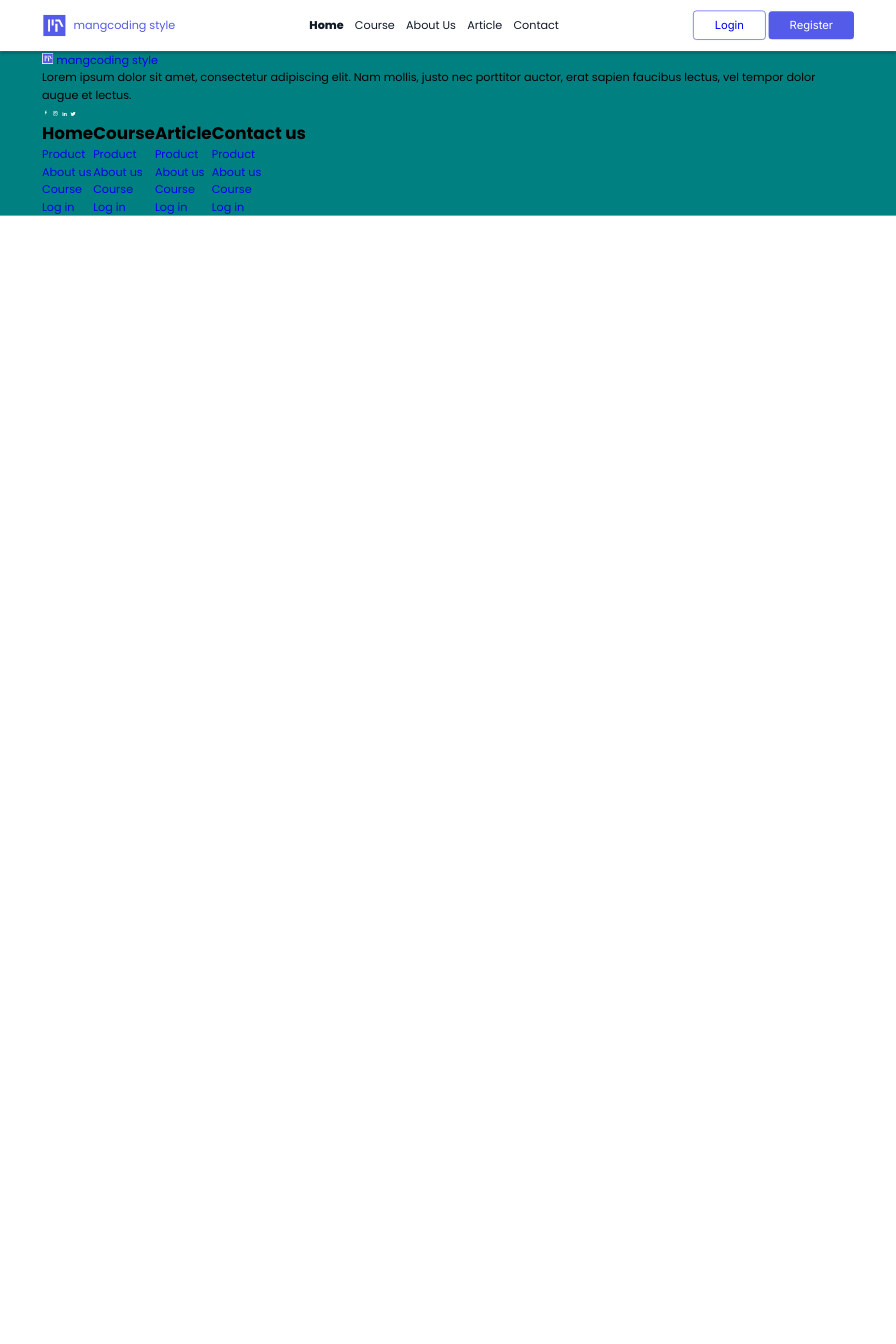
Repository: Dania-Alqam/landing-page
Page: index.html
The author's editor kept a copy of each file at every save. The page is drawn from the files as they stood at one save, then again after a run of saves.
The browser window is 1280 px wide. The pictures show the part of the page from y = 0 to 1920 px (the page is 5000 px tall), at 70% of full size.

Above is the page before, as saved 2024-06-21 23:38:58.

### index.html
<!DOCTYPE html>
<html lang="en">
  <head>
    <meta charset="UTF-8" />
    <meta name="viewport" content="width=device-width, initial-scale=1.0" />
    <title>Document</title>
    <link rel="stylesheet" href="./assests/css/main.css" />
  </head>
  <body>
    <header class="header">
      <div class="container">
        <div class="row">
          <div class="logo">
            <img src="./assests/images/public/Logo.svg" alt="logo" />
            <a href="#">mangcoding style</a>
          </div>
          <nav class="nav">
            <ul>
              <li>
                <a href="#" class="active">Home</a>
              </li>
              <li>
                <a href="#">Course</a>
              </li>
              <li>
                <a href="#">About Us</a>
              </li>
              <li>
                <a href="#">Article</a>
              </li>
              <li>
                <a href="#">Contact</a>
              </li>
            </ul>
          </nav>
          <div class="auth">
            <a href="#">Login</a>
            <a href="#">Register</a>
          </div>
        </div>
      </div>
    </header>

    <footer class="footer">
      <div class="container">
        <div class="row">
          <div class="footer-start">
            <div class="logo">
              <img src="./assests/images/public/Logo.svg" alt="logo" />
              <a href="#">mangcoding style</a>
            </div>
            <p>
              Lorem ipsum dolor sit amet, consectetur adipiscing elit. Nam
              mollis, justo nec porttitor auctor, erat sapien faucibus lectus,
              vel tempor dolor augue et lectus.
            </p>
            <div class="icons">
              <a href="#"><img src="./assests/images/public/facebok.svg" /></a>
              <a href="#"
                ><img src="./assests/images/public/instagram.svg"
              /></a>
              <a href="#"><img src="./assests/images/public/linkedin.svg" /></a>
              <a href="#"><img src="./assests/images/public/twitter.svg" /></a>
            </div>
          </div>
          <div class="footer-end">
            <div class="row">
              <div class="footer-item">
                <h2>
                    Home
                </h2>
                <ul>
                    <li>
                        <a href="#">Product</a>
                    </li>
                    <li>
                        <a href="#">About us</a>
                    </li>
                    <li>
                        <a href="#">Course</a>
                    </li>
                    <li>
                        <a href="#">Log in</a>
                    </li>
                </ul>
              </div>
              <div class="footer-item">
                <h2>
                    Course
                </h2>
                <ul>
                    <li>
                        <a href="#">Product</a>
                    </li>
                    <li>
                        <a href="#">About us</a>
                    </li>
                    <li>
                        <a href="#">Course</a>
                    </li>
                    <li>
                        <a href="#">Log in</a>
                    </li>
                </ul>
              </div>
              <div class="footer-item">
                <h2>
                    Article
                </h2>
                <ul>
                    <li>
                        <a href="#">Product</a>
                    </li>
                    <li>
                        <a href="#">About us</a>
                    </li>
                    <li>
                        <a href="#">Course</a>
                    </li>
                    <li>
                        <a href="#">Log in</a>
                    </li>
                </ul>
              </div>
              <div class="footer-item">
                <h2>
                    Contact us
                </h2>
                <ul>
                    <li>
                        <a href="#">Product</a>
                    </li>
                    <li>
                        <a href="#">About us</a>
                    </li>
                    <li>
                        <a href="#">Course</a>
                    </li>
                    <li>
                        <a href="#">Log in</a>
                    </li>
              </div>
            </div>
          </div>
        </div>
      </div>
    </footer>
  </body>
</html>

### assests/css/main.css
@import url(./public.css);
.header{
    /* it will not work becuase we added contianer so we add row*/
    /* display: flex; */
    position: sticky;
    top: 0;
    box-shadow: 0px 4px 4px rgba(0, 0, 0, 0.25);
    padding: 20px 0 ;
}

.nav ul{
    display: flex;
    flex-wrap: wrap;
    gap: 16px;
}
.header .logo{
    display: flex;
    flex-wrap: wrap;
    align-items: center;
    gap: 10px;
}
.header .logo img{
    width: 35px;
}

.header .logo a{
color: var(--mainColor);
}

.header .nav a{
    color: #101928;
}

.header .nav a:hover{
    color: var(--mainColor);
}
/* For the home bold*/
.active{
font-weight: 800;
}
/* common properities*/
.header .auth a{
    font-family: var(--subFont);
    padding: 10px 30px;
    border-radius: 5px;

}
.header .auth a:first-of-type{
    border: 1px solid var(--mainColor);
}
.header .auth a:last-of-type{
    background-color: var(--mainColor);
    color: white;
}
@media (max-width:900px) {
    .header .nav{
        display: none;
    }
}
.footer{
    background-color: teal;
}

### assests/css/public.css
@import url('https://fonts.googleapis.com/css2?family=Poppins:ital,wght@0,100;0,200;0,300;0,400;0,500;0,600;0,700;0,800;0,900;1,100;1,200;1,300;1,400;1,500;1,600;1,700;1,800;1,900&display=swap');
@import url('https://fonts.googleapis.com/css2?family=Inter:wght@100..900&display=swap');

*{
    margin: 0;
    padding: 0;
    box-sizing: border-box;
}
:root{
    --mainFont: "Poppins", sans-serif;
    --subFont:  "Inter", sans-serif;
    --mainColor: #545BE8;

}
body{
    font-family: var(--mainFont);
    height: 5000px;
}
a{
    text-decoration: none;
}
ul{
    list-style: none;
}
.row{
    display: flex;
    justify-content: space-between;
    align-items: center;
    flex-wrap: wrap;

}

.container{
    /* width from fugma is 60px from each side*/
    width: calc(100% - 120px);
    margin: auto;
}

After the next 2 saves:
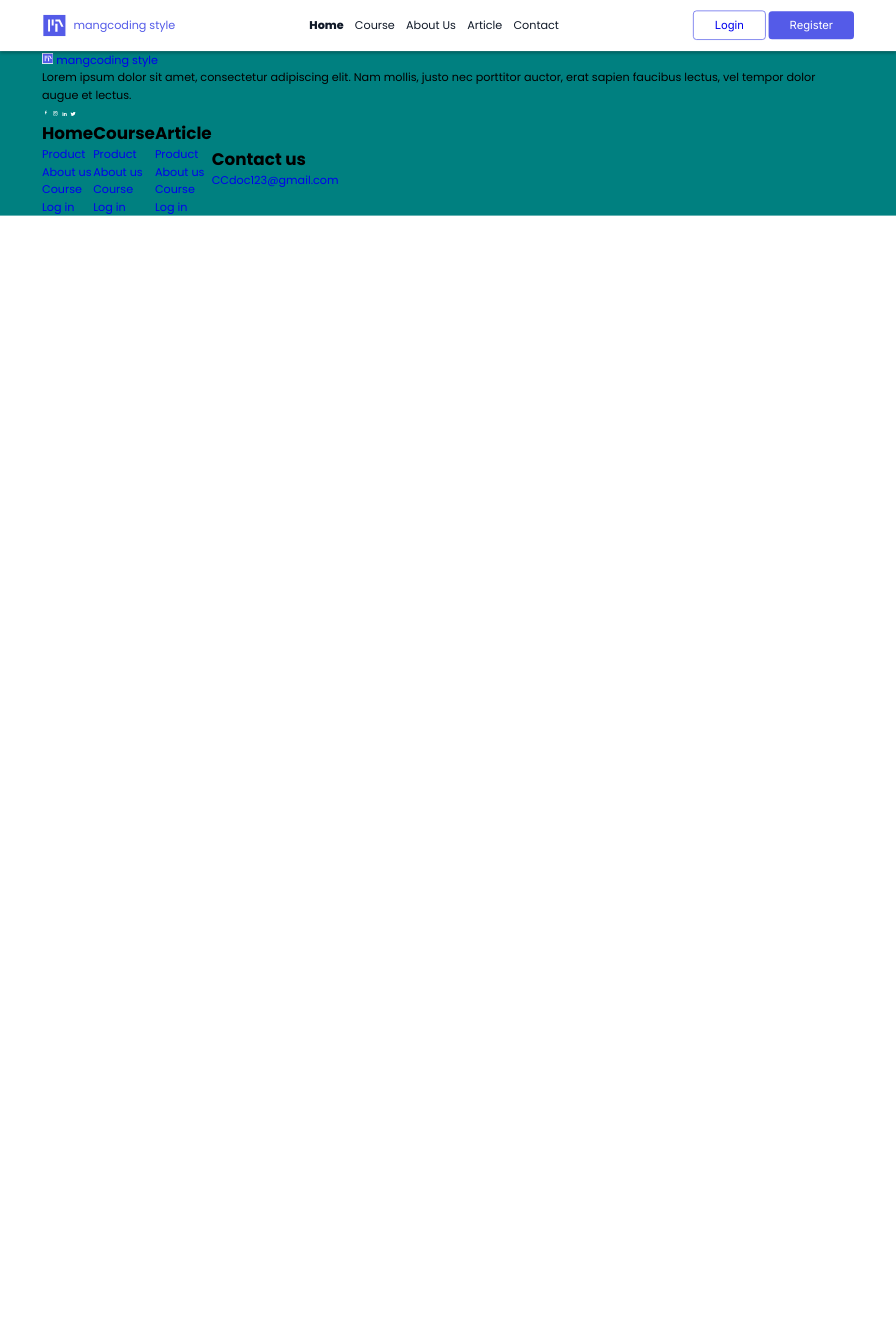
The 2 saves are shown as one change because they came seconds apart.
The last was saved 34 s later.
--- a/index.html
+++ b/index.html
@@ -128,17 +128,9 @@
                 </h2>
                 <ul>
                     <li>
-                        <a href="#">Product</a>
+                        <a href="#">CCdoc123@gmail.com</a>
                     </li>
-                    <li>
-                        <a href="#">About us</a>
-                    </li>
-                    <li>
-                        <a href="#">Course</a>
-                    </li>
-                    <li>
-                        <a href="#">Log in</a>
-                    </li>
+
               </div>
             </div>
           </div>
